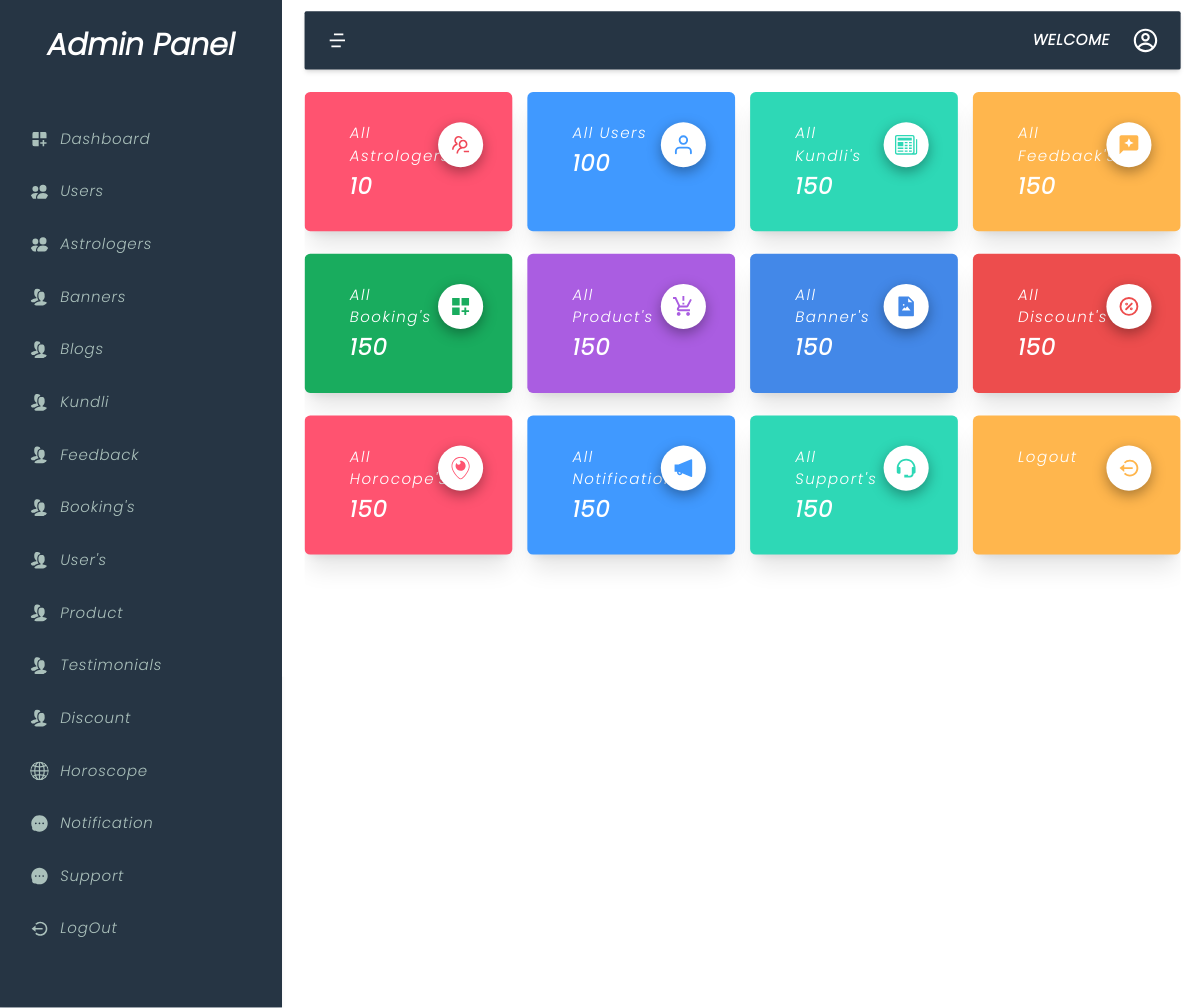
Repository: FlyweisReact/Hariom-Admin-Panel
Page: /vendorDashboard
An editor plug-in stored every save of this project. The page is shown before and after the next save, followed by the edit.
The browser window is 1280 px wide. The pictures show the whole page, at 94% of full size.
Some web libraries are served in a nearby version. The project was rebuilt for these pictures with package versions that can differ from the ones it lists, and the page was loaded fresh each time. Also part of the build but not shown: src/vendorPanel/forms/VendorLogin.jsx, src/vendorPanel/pages/AdminDiscount.js, src/vendorPanel/pages/AdminReview.js, src/vendorPanel/pages/Astrologers.js, src/vendorPanel/pages/Banners.js, src/vendorPanel/pages/Booking.js, src/vendorPanel/pages/Horoscope.js, src/vendorPanel/pages/Kundli.js and 6 more.

Above is the page before, as saved 2023-04-15 15:30:01.

### public/index.html
<!-- @format -->

<!DOCTYPE html>
<html lang="en">
  <head>
    <meta charset="utf-8" />
    <meta name="viewport" content="width=device-width, initial-scale=1" />
    <meta name="theme-color" content="#000000" />
    <meta
      name="description"
      content="Web site created using create-react-app"
    />
    <link rel="apple-touch-icon" href="%PUBLIC_URL%/favicon.ico?v=2" />
    <link rel="manifest" href="%PUBLIC_URL%/manifest.json" />
    <link rel="preconnect" href="https://fonts.googleapis.com">
<link rel="preconnect" href="https://fonts.gstatic.com" crossorigin>
<link href="https://fonts.googleapis.com/css2?family=Roboto+Mono:ital,wght@1,300&display=swap" rel="stylesheet">
    <title>HariOm</title>
  </head>
  <body>
    <noscript>You need to enable JavaScript to run this app.</noscript>
    <div id="root"></div>
    <script src="https://code.jquery.com/jquery-3.6.0.min.js"></script>
    <script src="https://kit.fontawesome.com/b533b351e4.js" crossorigin="anonymous"></script>
  </body>
</html>

### src/index.js
import React from "react";
import ReactDOM from "react-dom/client";
import "./index.css";
import App from "./App";
import { BrowserRouter } from "react-router-dom";
import 'bootstrap/dist/css/bootstrap.min.css'

const root = ReactDOM.createRoot(document.getElementById("root"));
root.render(
  <React.StrictMode>
    <BrowserRouter>
      <App />
    </BrowserRouter>
  </React.StrictMode>
);

### src/index.css
/** @format */

@tailwind base;
@tailwind components;
@tailwind utilities;
@import url("https://fonts.googleapis.com/css2?family=Roboto+Mono:ital,wght@1,300&display=swap");
@font-face {
  font-family: Roboto;
  src: url('./Fonts/Poppins-LightItalic.ttf');
}
body {
  margin: 0;
  font-family:Roboto !important;
  -webkit-font-smoothing: antialiased;
  -moz-osx-font-smoothing: grayscale;
}



code {
  font-family:Roboto !important;
}

html {
  font-family:Roboto !important;
}

::-webkit-scrollbar {
  width: 10px;
}
.fa-trash {
  color: red;
  cursor: pointer;
}

/* Track */
::-webkit-scrollbar-track {
  background: #f1f1f1;
}

/* Handle */
::-webkit-scrollbar-thumb {
  background: #888;
}

/* Handle on hover */
::-webkit-scrollbar-thumb:hover {
  background: #555;
}
.profileImage{
  width: 100px;
}
.fa-eye{
  color: #029aff;
  cursor: pointer;
}

.View{
  border:  1px solid black;
  width: 100%;
  padding: 10px;

}

.main-card--container {
  display: grid;
  grid-template-columns: repeat(3, minmax(300px, 500px));
  grid-gap: 50px;
  justify-content: space-around;
}
.card-container {
  margin: 25px 0 auto;
  box-shadow: rgba(0, 0, 0, 0.35) 0px 5px 15px;
  position: relative;
  display: grid;
  grid-template-columns: 1fr;
  justify-content: space-around;
  align-items: flex-start;
}

.myEdit:focus {
  box-shadow: rgba(0, 0, 0, 0.35) 0px 5px 15px;
}

### src/App.js
/** @format */

import { Routes, Route } from "react-router-dom";
import { ToastContainer } from "react-toastify";
import "react-toastify/dist/ReactToastify.css";
import VendorLogin from './vendorPanel/forms/VendorLogin'
import AdminDiscount from "./vendorPanel/pages/AdminDiscount";
import AdminReview from "./vendorPanel/pages/AdminReview";
import Astrologers from "./vendorPanel/pages/Astrologers";
import Banners from "./vendorPanel/pages/Banners";
import Booking from "./vendorPanel/pages/Booking";
import Horoscope from "./vendorPanel/pages/Horoscope";
import Kundli from "./vendorPanel/pages/Kundli";
import Message from "./vendorPanel/pages/Message";
import UploadDocs from "./vendorPanel/pages/UploadDocs";
import Users from "./vendorPanel/pages/Users";
import VendorDashboard from './vendorPanel/pages/VendorDashboard.jsx'
import AdminUsers from './vendorPanel/pages/AdminUsers'
import AdminBlogs from './vendorPanel/pages/AdminBlogs'
import AdminCategory from './vendorPanel/pages/AdminCategory'
// import AdminUsers from './vendorPanel/pages/AdminUsers'

function App() {
  return (
    <>
      <ToastContainer />

      <Routes>
        <Route path="/" element={<VendorLogin />} />
        <Route path="/vendorDashboard" element={<VendorDashboard />} />
        <Route path="/astro" element={<Astrologers />} />
        <Route path="/kundli" element={<Kundli />} />
        <Route path="/horo" element={<Horoscope />} />
        <Route path="/adminReviews" element={<AdminReview />} />
        <Route path="/uploadDocs" element={<UploadDocs />} />
        <Route path="/Banners" element={<Banners />} />
        <Route path="/AdminDiscount" element={<AdminDiscount />} />
        <Route path="/msg" element={<Message />} />
        <Route path="/book" element={<Booking />} />
        <Route path="/users" element={<Users />} />
        {/* <Route path="/support" element={<Suppor />} /> */}
        {/* <Route path="/testimonial" element={<Testimonial />} /> */}


        <Route path="/admin/users" element={<AdminUsers />} />
        <Route path='/admin/blogs' element={<AdminBlogs />} />
        <Route path="/admin/category" element={<AdminCategory />} />
      </Routes>
    </>
  );
}

export default App;

### src/vendorPanel/pages/VendorDashboard.jsx
import React from "react";
import { MdDashboardCustomize, MdProductionQuantityLimits ,MdReviews } from "react-icons/md";
import { FaPeriscope } from "react-icons/fa";
import {AiOutlineUsergroupDelete ,AiFillFileImage , AiFillNotification} from 'react-icons/ai'
import {FiUser} from 'react-icons/fi'
import {BsNewspaper} from 'react-icons/bs'
import {BiSupport ,BiLogOutCircle} from 'react-icons/bi'
import {TbDiscount} from 'react-icons/tb'
import HOC from "../layout/HOC";


const VendorDashboard = () => {
  const card = [
    {
      progress: "bg-blue-400",
      title: "All Astrologers",
      number: "10",
      icon: <AiOutlineUsergroupDelete className="text-2xl text-[rgb(240,72,88)]" />,
      bg : "#ff5370"
    },
    {
      progress: "bg-green-400",
      title: "All Users",
      number: "100",
      icon: (
        <FiUser className="text-2xl text-[#4099ff]" />
      ),
      bg : "#4099ff"
    },
    {
      progress: "bg-yellow-400",
      title: "All Kundli's",
      number: "150",
      icon: <BsNewspaper className="text-2xl text-[#2ed8b6]" />,
      bg : "#2ed8b6"
    },
    {
      progress: "bg-yellow-400",
      title: "All Feedback's",
      number: "150",
      icon: <MdReviews className="text-2xl text-[#ffb64d]" />,
      bg : "#ffb64d"
    },
    {
      progress: "bg-yellow-400",
      title: "All Booking's",
      number: "150",
      icon: <MdDashboardCustomize className="text-2xl text-[#19ac5e]" />,
      bg : "#19ac5e"
    },
    {
      progress: "bg-yellow-400",
      title: "All Product's",
      number: "150",
      icon: <MdProductionQuantityLimits className="text-2xl text-[#aa5de1]" />,
      bg : "#aa5de1"
    },
    {
      progress: "bg-yellow-400",
      title: "All Banner's",
      number: "150",
      icon: <AiFillFileImage className="text-2xl text-[#4388e8]" />,
      bg : "#4388e8"
    },
    {
      progress: "bg-yellow-400",
      title: "All Discount's",
      number: "150",
      icon: <TbDiscount className="text-2xl text-[#ed4d4d]" />,
      bg  : "#ed4d4d"
    },
    {
      progress: "bg-yellow-400",
      title: "All Horocope's",
      number: "150",
      icon: <FaPeriscope className="text-2xl text-[#ff5370]" />,
      bg : "#ff5370"
    },
    {
      progress: "bg-yellow-400",
      title: "All Notification's",
      number: "150",
      icon: <AiFillNotification className="text-2xl text-[#4099ff]" />,
      bg : "#4099ff"
    },
    {
      progress: "bg-yellow-400",
      title: "All Support's",
      number: "150",
      icon: <BiSupport className="text-2xl text-[#2ed8b6]" />,
      bg : "#2ed8b6"
    },
    {
      progress: "bg-yellow-400",
      title: "Logout",
      icon: <BiLogOutCircle className="text-2xl text-[#ffb64d]" />,
      bg : "#ffb64d"
    },
  ];
  return (
    <>
      <section className="grid md:grid-cols-4 grid-cols-2 gap-y-6 gap-x-4">
        {/* Card */}
        {card.map((card , index) => {
          return (
            <div className="px-5 py-8 bg-slate-200 space-y-2 shadow-xl flex flex-col  rounded-md" key={index} style={{backgroundColor : `${card.bg}`}}>
              <div className="grid  justify-between grid-cols-4">
                <div className="flex flex-col col-span-3 space-y-1">
                  <span className="tracking-widest text-gray-900" style={{color : '#fff'}}>
                    {card.title}
                  </span>
                  <span className="tracking-wider text-gray-700 text-xl md:text-2xl font-semibold" style={{color : '#fff'}}>
                    {card.number}
                  </span>
                </div>
                <div className="flex rounded-full w-10 h-10 sm:w-12 sm:h-12 bg-white justify-center items-center" style={{boxShadow : 'rgba(0, 0, 0, 0.35) 0px 5px 15px'}}>
                  {card.icon}
                </div>
              </div>
            </div>
          );
        })}
      </section>
    </>
  );
};

export default HOC(VendorDashboard);

### src/vendorPanel/layout/HOC.jsx
import React, { useState } from "react";
import Navbar from "./Navbar";
import Sidebar from "./Sidebar";

const HOC = (Wcomponenet) => {
  return function Component() {
    const [hamb, setHamb] = useState(false);
    return (
      <>
        <section className="flex overflow-x-hidden relative">
          {/* Sidebar */}
          <div
            className={
              hamb
                ? " absolute top-0 z-30 md:w-auto shadow-md bg-slate-200  w-60 transition-all md:-left-full left duration-150  h-auto overflow-y-auto  left-0 "
                : " md:w-72 z-30 bg-slate-200  shadow-md  md:static absolute top-0 -left-full   transition-all duration-150  overflow-y-auto h-auto"
            }
            style={{minWidth : '300px'}}
          >
            <Sidebar hamb={hamb} setHamb={setHamb} />
          </div>
          {/* Components & Navbar */}
          <div
            className={
              hamb
                ? " transition-all px-4 py-2  bg-white duration-150 w-full h-screen"
                : " w-full h-screen  px-4 py-2  bg-white z-50 transition-all duration-150 "
            }
          >
            <Navbar hamb={hamb} setHamb={setHamb} />
            <div className="my-6 text-#000 h-[87%] wcomp overflow-y-auto">
              <Wcomponenet />
            </div>
          </div>
        </section>
      </>
    );
  };
};

export default HOC;

### src/vendorPanel/layout/Navbar.jsx
/** @format */

import { RiMenu4Line } from "react-icons/ri";
import { CgProfile } from "react-icons/cg";
import Form from "react-bootstrap/Form";
import { useState } from "react";
import Button from "react-bootstrap/Button";
import Modal from "react-bootstrap/Modal";
import Container from "react-bootstrap/Container";

function MyVerticallyCenteredModal(props) {
  return (
    <Modal
      {...props}
      size="lg"
      aria-labelledby="contained-modal-title-vcenter"
      centered
    >
      <Modal.Header closeButton>
        <Modal.Title id="contained-modal-title-vcenter">
          Edit Profile
        </Modal.Title>
      </Modal.Header>
      <Modal.Body>
        <Container style={{ width: "600px" }}>
          <Form>
            <Form.Group className="mb-3" controlId="formBasicEmail">
              <Form.Label>Name</Form.Label>
              <Form.Control type="text" placeholder="Admin" />
            </Form.Group>
            <Form.Group className="mb-3" controlId="formBasicPassword">
              <Form.Label>Email Address</Form.Label>
              <Form.Control type="email" placeholder="admin@gmail.com" />
            </Form.Group>
            <Form.Group className="mb-3" controlId="formBasicPassword">
              <Form.Label>Password</Form.Label>
              <Form.Control type="password" placeholder="Password" />
            </Form.Group>
            <Button variant="outline-success" type="submit">
              Edit
            </Button>
          </Form>
        </Container>
      </Modal.Body>
    </Modal>
  );
}

const Navbar = ({ hamb, setHamb }) => {
  const [modalShow, setModalShow] = useState(false);

  return (
    <>
      <MyVerticallyCenteredModal
        show={modalShow}
        onHide={() => setModalShow(false)}
      />

      <div
        className={
          hamb
            ? "flex  w-full justify-between  my-1 rounded-sm  p-4 py-3 shadow-md items-center  bg-slate-200 space-x-4"
            : "flex  w-full justify-between my-1 rounded-sm  p-4 py-3 shadow-md items-center  bg-slate-200 space-x-4"
        }
        style={{backgroundColor : '#263544'}}
      >
        <RiMenu4Line
          onClick={() => setHamb(!hamb)}
          className="text-2xl font-bold text-gray-900 hover:scale-90 cursor-pointer"
          style={{color : '#fff'}}
        />

        <section className="flex sm:ml-auto justify-end sm:w-full items-center space-x-2  pr-2">
          <figcaption className="tracking-wider pl-1 font-semibold">
            <div className="lg:text-base text-sm text-gray-900  uppercase"    style={{color : '#fff'}}>
              Welcome
            </div>
          </figcaption>
        </section>

        <CgProfile
          onClick={() => setModalShow(true)}
          className="text-2xl sm:text-3xl font-bold text-[rgb(241,146,46)] cursor-pointer"
          style={{color : '#fff'}}
        />
      </div>
    </>
  );
};

export default Navbar;

### src/vendorPanel/layout/Sidebar.jsx
/** @format */

import React from "react";
import { RiCloseLine } from "react-icons/ri";
import { Link, useNavigate } from "react-router-dom";
import { BsFillPeopleFill } from "react-icons/bs";
import { ImUsers } from "react-icons/im";
import { BiLogOutCircle } from "react-icons/bi";
import { MdDashboardCustomize } from "react-icons/md";
import { BsGlobe2 } from "react-icons/bs";
import { AiFillMessage } from "react-icons/ai";

const Sidebar = ({ hamb, setHamb }) => {
  const navigate = useNavigate();

  const nav = [
    {
      icon: <MdDashboardCustomize className="text-xl mr-3 rounded-full " />,
      link: "/vendorDashboard",
      name: "Dashboard",
    },
    {
      icon: <BsFillPeopleFill className="text-xl mr-3 rounded-full " />,
      link: "/admin/users",
      name: "Users",
    },
    {
      icon: <BsFillPeopleFill className="text-xl mr-3 rounded-full " />,
      link: "/astro",
      name: "Astrologers",
    },
    {
      icon: <ImUsers className="text-xl mr-3 rounded-full " />,
      link: "/Banners",
      name: "Banners",
    },
    {
      icon: <ImUsers className="text-xl mr-3 rounded-full " />,
      link: "/admin/blogs",
      name: "Blogs",
    },
    {
      icon: <ImUsers className="text-xl mr-3 rounded-full " />,
      link: "/kundli",
      name: "Kundli",
    },
    {
      icon: <ImUsers className="text-xl mr-3 rounded-full " />,
      link: "/adminReviews",
      name: "Feedback",
    },
    {
      icon: <ImUsers className="text-xl mr-3 rounded-full " />,
      link: "/book",
      name: "Booking's",
    },
    {
      icon: <ImUsers className="text-xl mr-3 rounded-full " />,
      link: "/users",
      name: "User's",
    },
    {
      icon: <ImUsers className="text-xl mr-3 rounded-full " />,
      link: "/product",
      name: "Product",
    },
    {
      icon: <ImUsers className="text-xl mr-3 rounded-full " />,
      link: "/testimonial",
      name: "Testimonials",
    },

    {
      icon: <ImUsers className="text-xl mr-3 rounded-full " />,
      link: "/AdminDiscount",
      name: "Discount",
    },
    {
      icon: <BsGlobe2 className="text-xl mr-3 rounded-full " />,
      link: "/horo",
      name: "Horoscope",
    },
    {
      icon: <AiFillMessage className="text-xl mr-3 rounded-full " />,
      link: "/msg",
      name: "Notification",
    },
    {
      icon: <AiFillMessage className="text-xl mr-3 rounded-full " />,
      link: "/support",
      name: "Support",
    },
  ];

  const logOut = () => {
    localStorage.removeItem("AdminToken");
    navigate("/");
  };

  return (
    <>
      <aside
        className="p-4 h-auto"
        style={{ backgroundColor: "#263544", minHeight: "100vh" }}
      >
        {/* Top */}
        <div className="w-full md:hidden relative  p-2 mb-4">
          <RiCloseLine
            onClick={() => setHamb(!hamb)}
            className="text-3xl  absolute top-2 sm:hover:rotate-[228deg] transition-transform font-bold right-2 sm:hover:text-[22px] text-[rgb(241,146,46)] cursor-pointer"
          />
        </div>{" "}
        <figure className="flex  flex-col items-center">
          <span className="font-bold text-[#fff]" style={{ fontSize: "2rem" }}>
            Admin Panel
          </span>
        </figure>
        <nav className="py-6">
          {nav.map((nav) => {
            return (
              <Link
                to={nav.link}
                key={nav.name}
                className=""
                style={{ textDecoration: "none" }}
              >
                <span
                  className="flex my-3 items-center cursor-pointer text-gray-900    tracking-wider p-2 rounded-sm"
                  style={{ color: "#aac0bb" }}
                >
                  {nav.icon} {nav.name}
                </span>
              </Link>
            );
          })}
          <span
            className="flex my-3 items-center cursor-pointer text-gray-900    tracking-wider p-2 rounded-sm"
            onClick={() => logOut()}
            style={{ color: "#aac0bb" }}
          >
            <BiLogOutCircle className="text-xl mr-3 rounded-full " /> LogOut
          </span>
        </nav>
      </aside>
    </>
  );
};

export default Sidebar;

Loaded but not shown: tailwind.config.js (common file)

After the next save:
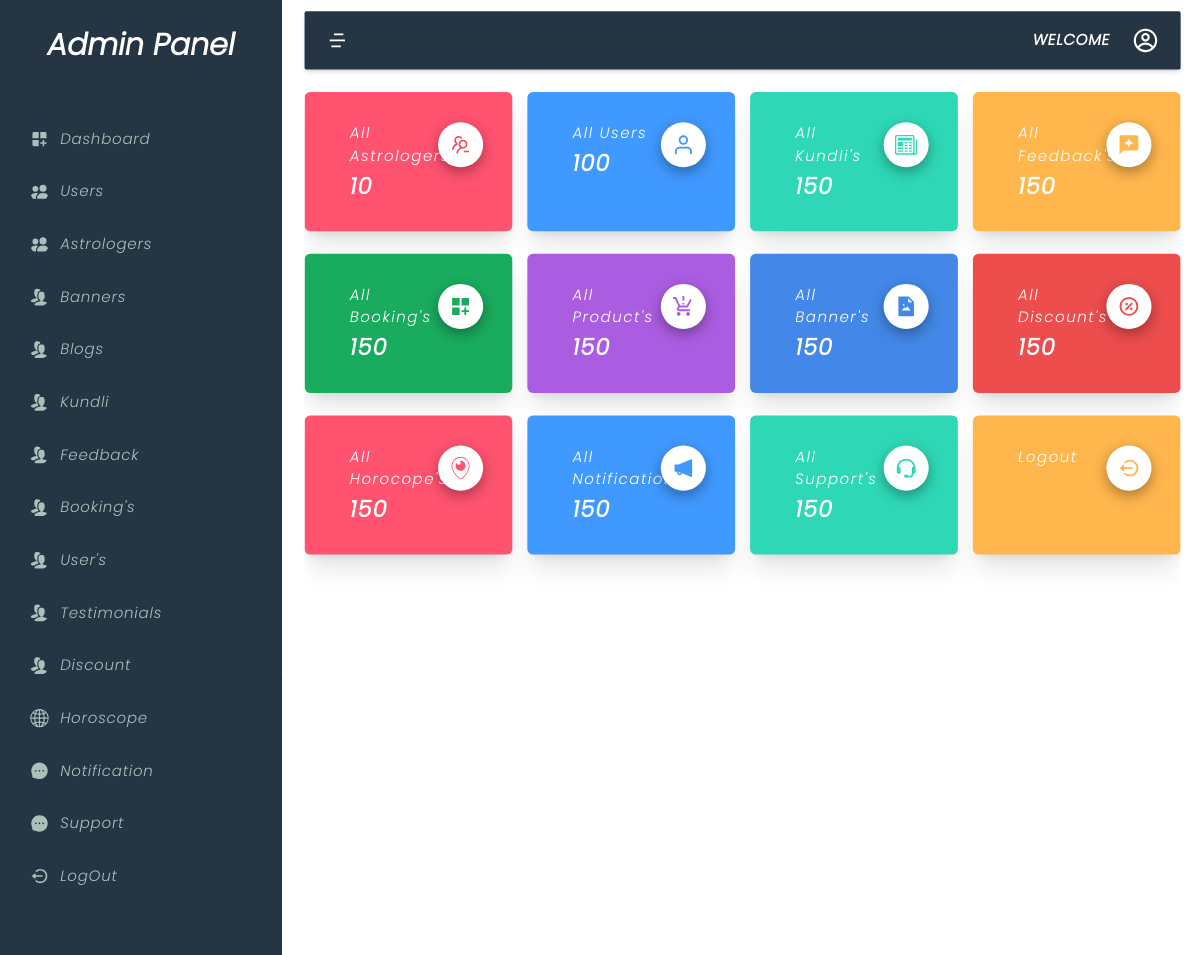
Saved 19 s later.
--- a/src/vendorPanel/layout/Sidebar.jsx
+++ b/src/vendorPanel/layout/Sidebar.jsx
@@ -59,11 +59,7 @@ const Sidebar = ({ hamb, setHamb }) => {
       link: "/users",
       name: "User's",
     },
-    {
-      icon: <ImUsers className="text-xl mr-3 rounded-full " />,
-      link: "/product",
-      name: "Product",
-    },
+
     {
       icon: <ImUsers className="text-xl mr-3 rounded-full " />,
       link: "/testimonial",
